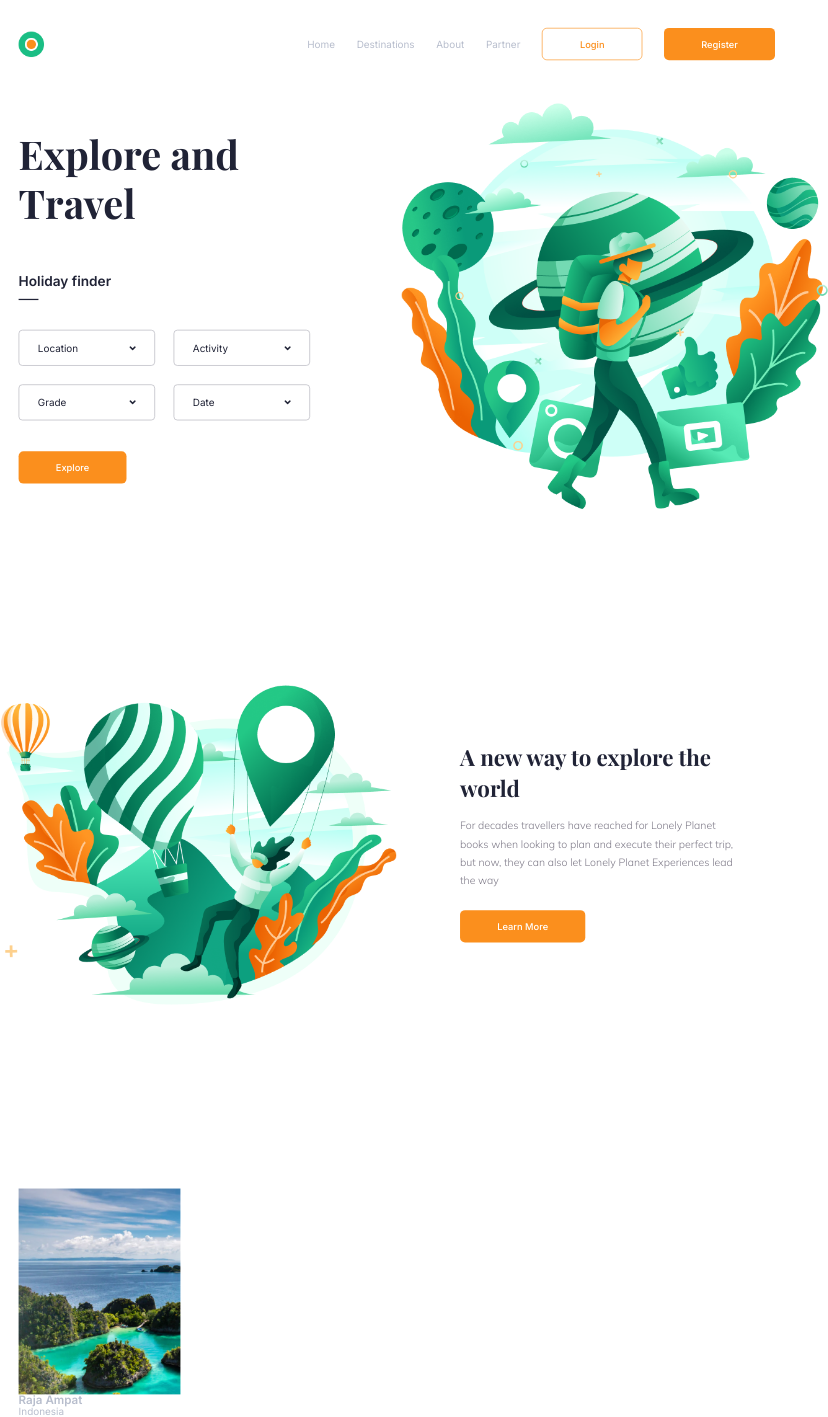
Repository: long5122000/sunny
Page: index.html
An editor plug-in stored every save of this project. The page is shown before and after the next save, followed by the edit.
The browser window is 1280 px wide. The page is 1335 px wide, so the pictures cover 1335 px, including what lies to the right of the window. The pictures show the whole page, at 62% of full size.
The style sheet was rebuilt from its Sass, Less or Tailwind sources for each picture, by a compiler version that may differ from the author's.

Above is the page before, as saved 2021-11-24 22:10:04.

After the next save:
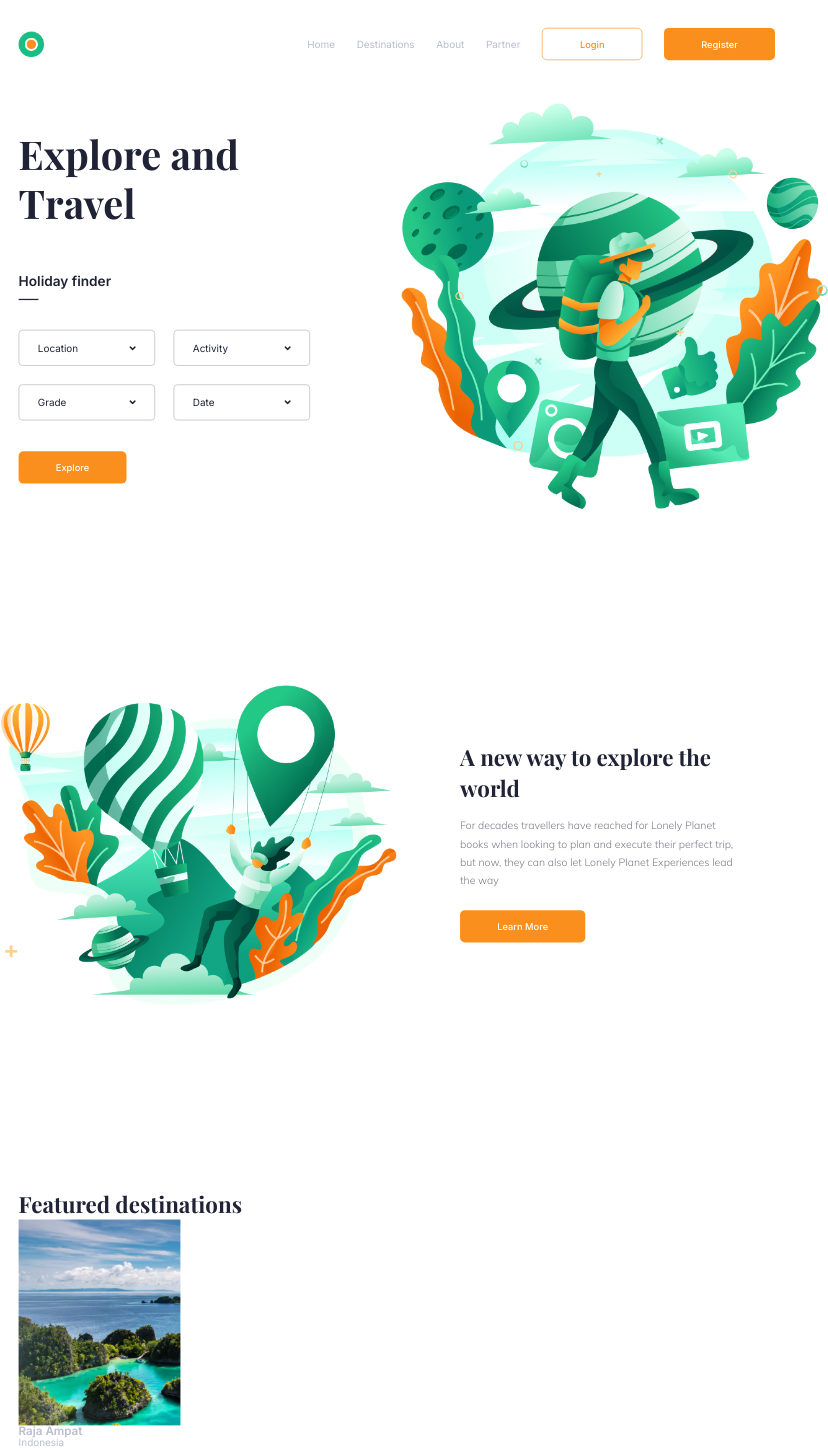
Saved 56 s later.
--- a/index.html
+++ b/index.html
@@ -131,7 +131,9 @@
         </section>
         <section class="destination">
           <div class="container">
-            <div class="destination-header"></div>
+            <div class="destination-header">
+              <h2 class="heading heading--small">Featured destinations</h2>
+            </div>
             <div class="destination-list">
               <div class="destination-item">
                 <div class="destination-image">
